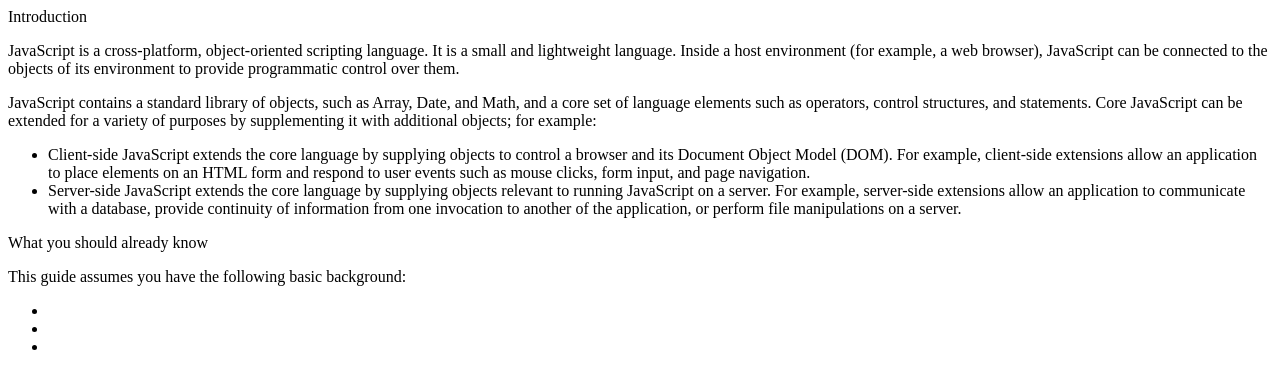
Repository: Lungdjos/technical_document_page_certificate
Page: index.html
These files come from the project's save history. The page is drawn as it stood at one moment and after the next save; the edit follows.
The browser window is 1280 px wide. The pictures show the whole page.

Above is the page before, as saved 2023-11-19 22:25:57.

### index.html
<!DOCTYPE html>
<html lang="en">

<head>
    <meta charset="UTF-8">
    <meta name="viewport" content="width=device-width, initial-scale=1.0">
    <title>Technical Document</title>
    <link rel="stylesheet" href="./styles.css">
</head>

<body>
    <nav id="nav-bar">
        <header></header>
    </nav>
    <main id="main-doc">
        <section class="main-section" id="">
            <header id="Introduction">Introduction</header>
            <p>JavaScript is a cross-platform, object-oriented scripting language. It is a small and lightweight language. Inside a host environment (for example, a web browser), JavaScript can be connected to the objects of its environment to provide programmatic
                control over them.</p>
            <p>JavaScript contains a standard library of objects, such as Array, Date, and Math, and a core set of language elements such as operators, control structures, and statements. Core JavaScript can be extended for a variety of purposes by supplementing
                it with additional objects; for example:
                <ul>
                    <li>Client-side JavaScript extends the core language by supplying objects to control a browser and its Document Object Model (DOM). For example, client-side extensions allow an application to place elements on an HTML form and respond
                        to user events such as mouse clicks, form input, and page navigation.</li>
                    <li>Server-side JavaScript extends the core language by supplying objects relevant to running JavaScript on a server. For example, server-side extensions allow an application to communicate with a database, provide continuity of information
                        from one invocation to another of the application, or perform file manipulations on a server.</li>
                </ul>
            </p>

        </section>
        <section class="main-section" id="">
            <header id="What_you_should_already_know">What you should already know</header>
            <p>This guide assumes you have the following basic background:
                <ul>
                    <li></li>
                    <li></li>
                    <li></li>
                </ul>
            </p>

        </section>
        <section class="main-section" id="">
            <header id=""></header>
            <p></p>
            <p></p>
            <p></p>
        </section>
        <section class="main-section" id="">
            <header id=""></header>
            <p></p>
            <p></p>
            <p></p>
        </section>
        <section class="main-section" id="">
            <header id=""></header>
            <p></p>
            <p></p>
            <p></p>
        </section>
        <section class="main-section" id="">
            <header id=""></header>
            <p></p>
            <p></p>
            <p></p>
        </section>
        <section class="main-section" id="">
            <header id=""></header>
            <p></p>
            <p></p>
            <p></p>
        </section>
        <section class="main-section" id="">
            <header id=""></header>
            <p></p>
            <p></p>
            <p></p>
        </section>
        <section class="main-section" id="">
            <header id=""></header>
            <p></p>
            <p></p>
            <p></p>
        </section>
        <section class="main-section" id="">
            <header id=""></header>
            <p></p>
            <p></p>
            <p></p>
        </section>
        <section class="main-section" id="">
            <header id=""></header>
            <p></p>
            <p></p>
            <p></p>
        </section>
        <section class="main-section" id="">
            <header id=""></header>
            <p></p>
            <p></p>
            <p></p>
        </section>
        <section class="main-section" id="">
            <header id=""></header>
            <p></p>
            <p></p>
            <p></p>
        </section>
        <section class="main-section" id="">
            <header id=""></header>
            <p></p>
            <p></p>
            <p></p>
        </section>
    </main>
</body>

</html>

### styles.css
/* A technical document page stylings */

After the next save:
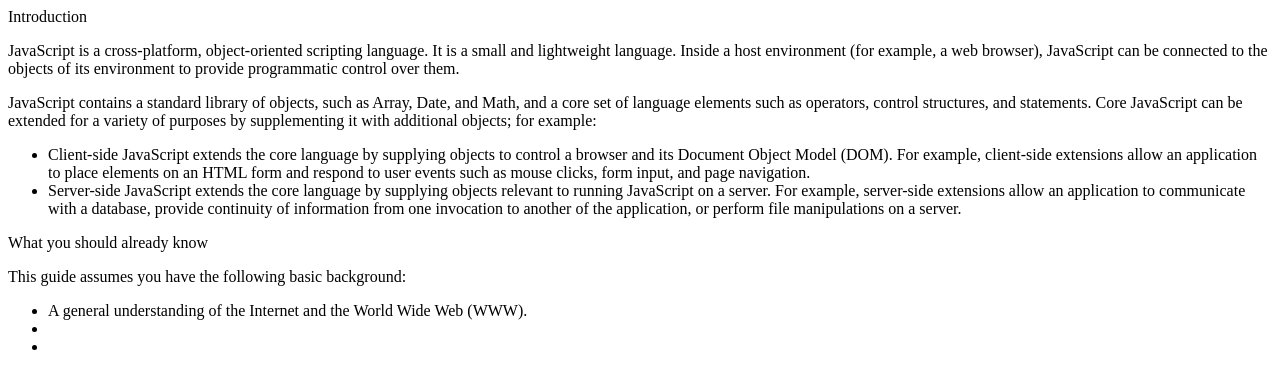
Saved 13 s later.
--- a/index.html
+++ b/index.html
@@ -32,7 +32,7 @@
             <header id="What_you_should_already_know">What you should already know</header>
             <p>This guide assumes you have the following basic background:
                 <ul>
-                    <li></li>
+                    <li>A general understanding of the Internet and the World Wide Web (WWW).</li>
                     <li></li>
                     <li></li>
                 </ul>
